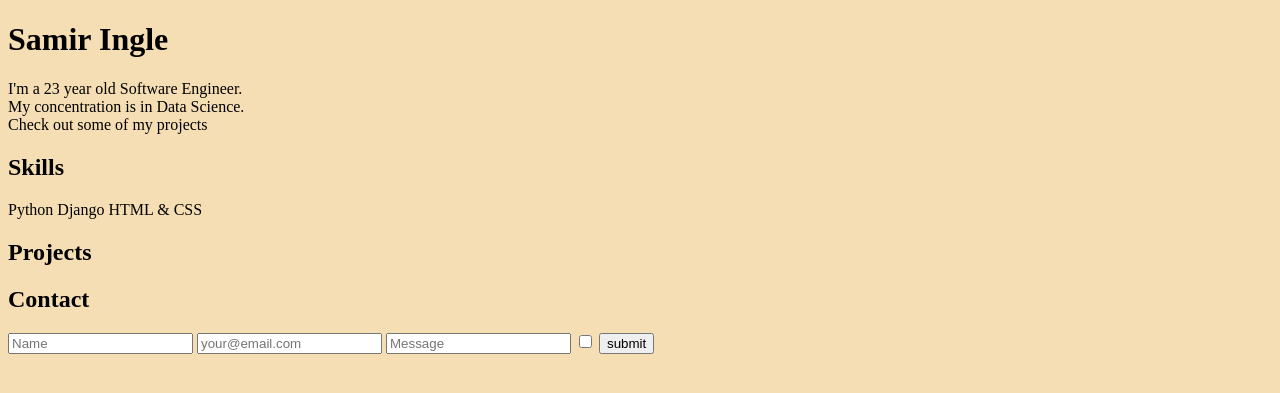
Repository: SamirIngley/html-semantic
Page: templates2/index2.html
These files come from the project's save history. The page is drawn as it stood at one moment and after the next save; the edit follows.
The browser window is 1280 px wide. The pictures show the whole page.

Above is the page before, as saved 2020-02-09 10:24:20.

### templates2/index2.html
<!DOCTYPE html>
<html lang="en">
<head>
    <meta charset="UTF-8">
    <meta name="viewport" content="width=device-width, initial-scale=1.0">
    <meta http-equiv="X-UA-Compatible" content="ie=edge">
    <link href="style2.css" rel="stylesheet">
    <title>Samir Ingle</title>
</head>


<body>
<wrapper>
    <div class="name">
        <h1>Samir Ingle</h1>
    </div>

    <div class="bio">
        <article>
            I'm a 23 year old Software Engineer.<br>
            My concentration is in Data Science. <br>
            Check out some of my projects
        </article>

    </div>

    <div class="skills">
        <h2>Skills</h2>
        <p>
            Python
            Django
            HTML & CSS
        </p>
    </div>

    <div class="projects">
        <h2>Projects</h2>
        <p>

        </p>

    </div>

    <div class="contact">
        <h2>Contact</h2>
        <p>
            <input type="text" name="firstlast" placeholder="Name">
            <input type="email" name="email" placeholder="your@email.com">
            <input type="textarea" name="textarea" placeholder="Message">
            <input type="checkbox" name="Subscribe to my blog">
            <input type="submit" name="submit" value="submit">
        </p>
    </div>
</wrapper>
</body>

</html>

### templates2/style2.css
body {
    background-color: wheat;
}
.wrapper {
    display: grid;
    grid-gap: 5px;
    grid-template-columns: repeat(4, 1fr);

    grid-template-areas: "n . . ."
                         ". b b ."
                         ". s s ."
                         ". c c ."
}

.wrapper>div {
    display: flex;
    font-family: Helvetica;
    padding: 500px;
    font-size: 100px;
    justify-content: center;
}

.name {
    grid-area: n;
}

.bio {
    grid-area: b;
}

.skills {
    grid-area: s;
}

.contact {
    grid-area: c;
}

After the next save:
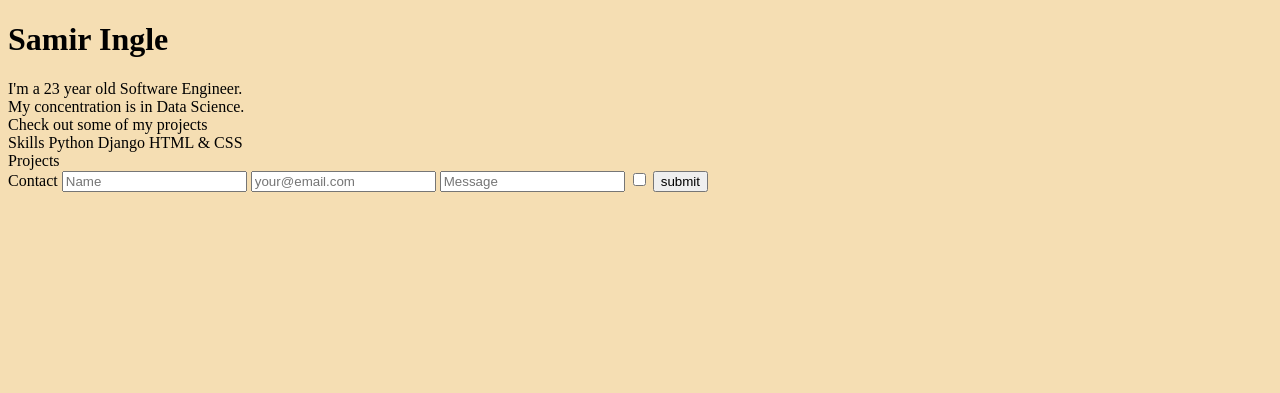
Saved 81 s later.
--- a/templates2/index2.html
+++ b/templates2/index2.html
@@ -16,40 +16,36 @@
     </div>
 
     <div class="bio">
-        <article>
-            I'm a 23 year old Software Engineer.<br>
-            My concentration is in Data Science. <br>
-            Check out some of my projects
-        </article>
+
+        I'm a 23 year old Software Engineer.<br>
+        My concentration is in Data Science. <br>
+        Check out some of my projects
 
     </div>
 
     <div class="skills">
-        <h2>Skills</h2>
-        <p>
-            Python
-            Django
-            HTML & CSS
-        </p>
+        Skills
+
+        Python
+        Django
+        HTML & CSS
+
     </div>
 
     <div class="projects">
-        <h2>Projects</h2>
-        <p>
-
-        </p>
+        Projects
 
     </div>
 
     <div class="contact">
-        <h2>Contact</h2>
-        <p>
-            <input type="text" name="firstlast" placeholder="Name">
-            <input type="email" name="email" placeholder="your@email.com">
-            <input type="textarea" name="textarea" placeholder="Message">
-            <input type="checkbox" name="Subscribe to my blog">
-            <input type="submit" name="submit" value="submit">
-        </p>
+        Contact
+
+        <input type="text" name="firstlast" placeholder="Name">
+        <input type="email" name="email" placeholder="your@email.com">
+        <input type="textarea" name="textarea" placeholder="Message">
+        <input type="checkbox" name="Subscribe to my blog">
+        <input type="submit" name="submit" value="submit">
+
     </div>
 </wrapper>
 </body>
